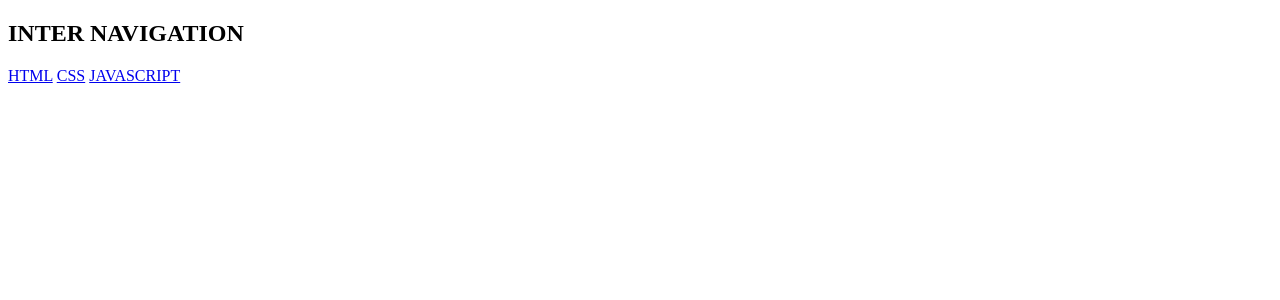
Repository: arindamslt/JEECoding
Page: JEE_FRONTEND/src/main/webapp/07Internavigation.html
An editor plug-in stored every save of this project. The page is shown before and after the next save, followed by the edit.
The browser window is 1280 px wide. The pictures show the whole page.

Above is the page before, as saved 2025-07-15 04:38:04.

### JEE_FRONTEND/src/main/webapp/07Internavigation.html
<!DOCTYPE html>
<html>
<head>
<meta charset="ISO-8859-1">
<title>INTER NAVIGATION</title>
</head>
<body>
<h2>INTER NAVIGATION</h2>
<a href="04HtmlDoc.html">HTML</a>
<a href="05CSSDoc.html">CSS</a>
<a href="06JavascriptDoc.html">JAVASCRIPT</a>
</body>
</html>

After the next save:
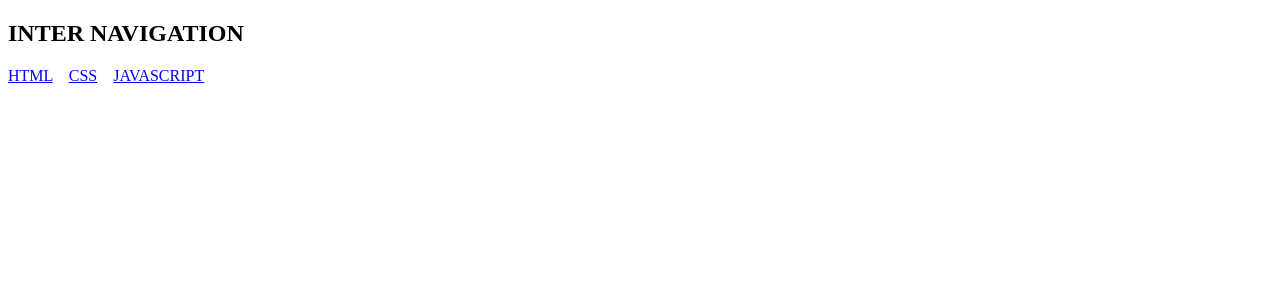
Saved 42 s later.
--- a/JEE_FRONTEND/src/main/webapp/07Internavigation.html
+++ b/JEE_FRONTEND/src/main/webapp/07Internavigation.html
@@ -6,8 +6,8 @@
 </head>
 <body>
 <h2>INTER NAVIGATION</h2>
-<a href="04HtmlDoc.html">HTML</a>
-<a href="05CSSDoc.html">CSS</a>
+<a href="04HtmlDoc.html">HTML</a> &nbsp;&nbsp;
+<a href="05CSSDoc.html">CSS</a> &nbsp;&nbsp;
 <a href="06JavascriptDoc.html">JAVASCRIPT</a>
 </body>
 </html>
